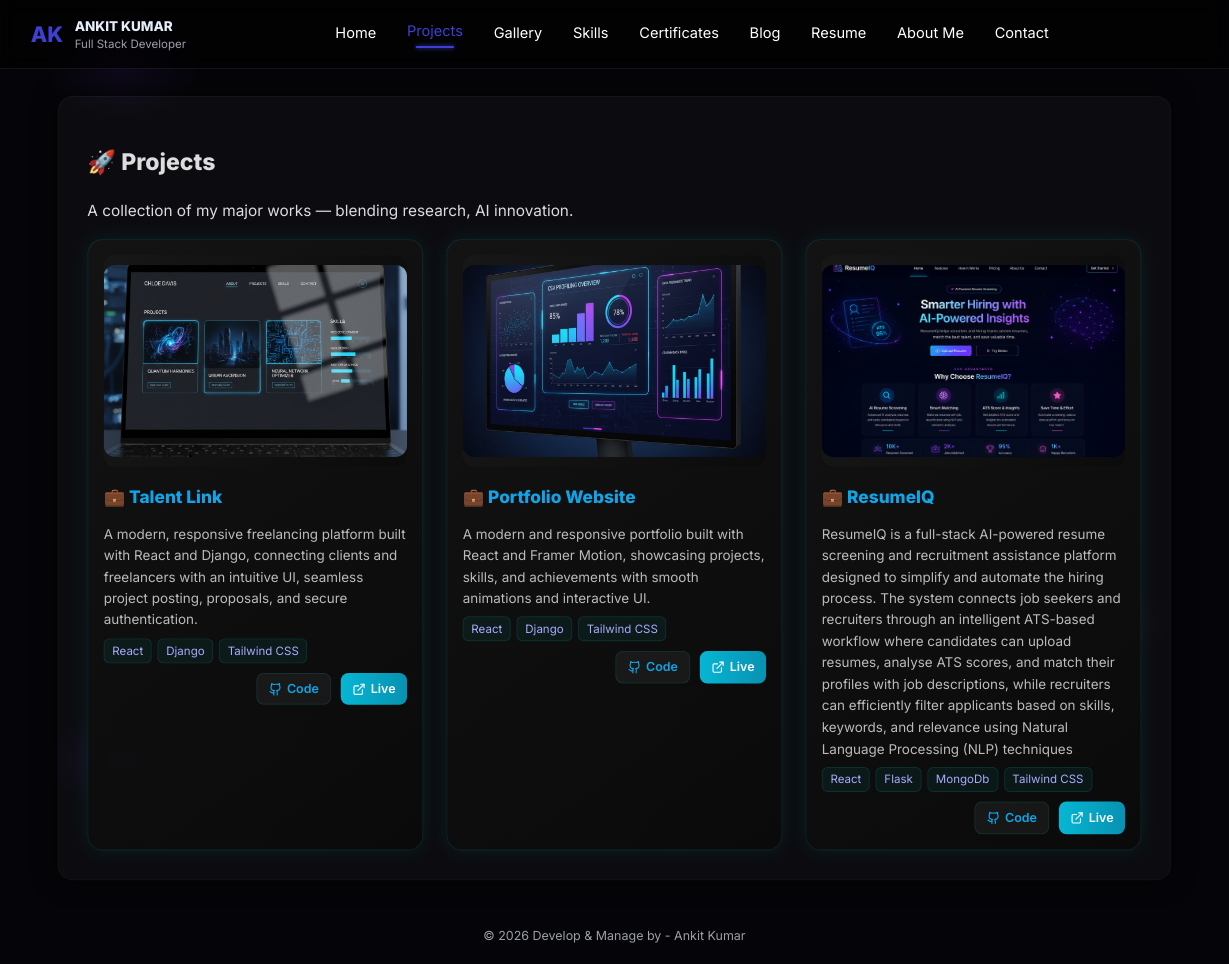
Repository: santoshkrsah/Ankit-Profile
Page: /projects
These files come from the project's save history. The page is drawn as it stood at one moment and after the next save; the edit follows.
The browser window is 1280 px wide. The pictures show the whole page, at 96% of full size.
The project was rebuilt for these pictures with package versions that can differ from the ones it lists, and the page was loaded fresh each time. Some packages were replaced by stand-ins written for this rebuild. Also part of the build but not shown: vite.config.mjs, src/CSS/Home.css, src/pages/Home.jsx, src/CSS/Gallery.css, src/pages/Gallery.jsx, src/pages/Certificates.jsx, src/pages/blog.css, src/pages/Blog.jsx and 6 more.

Above is the page before, as saved 2026-05-22 03:20:11.

After the next save:
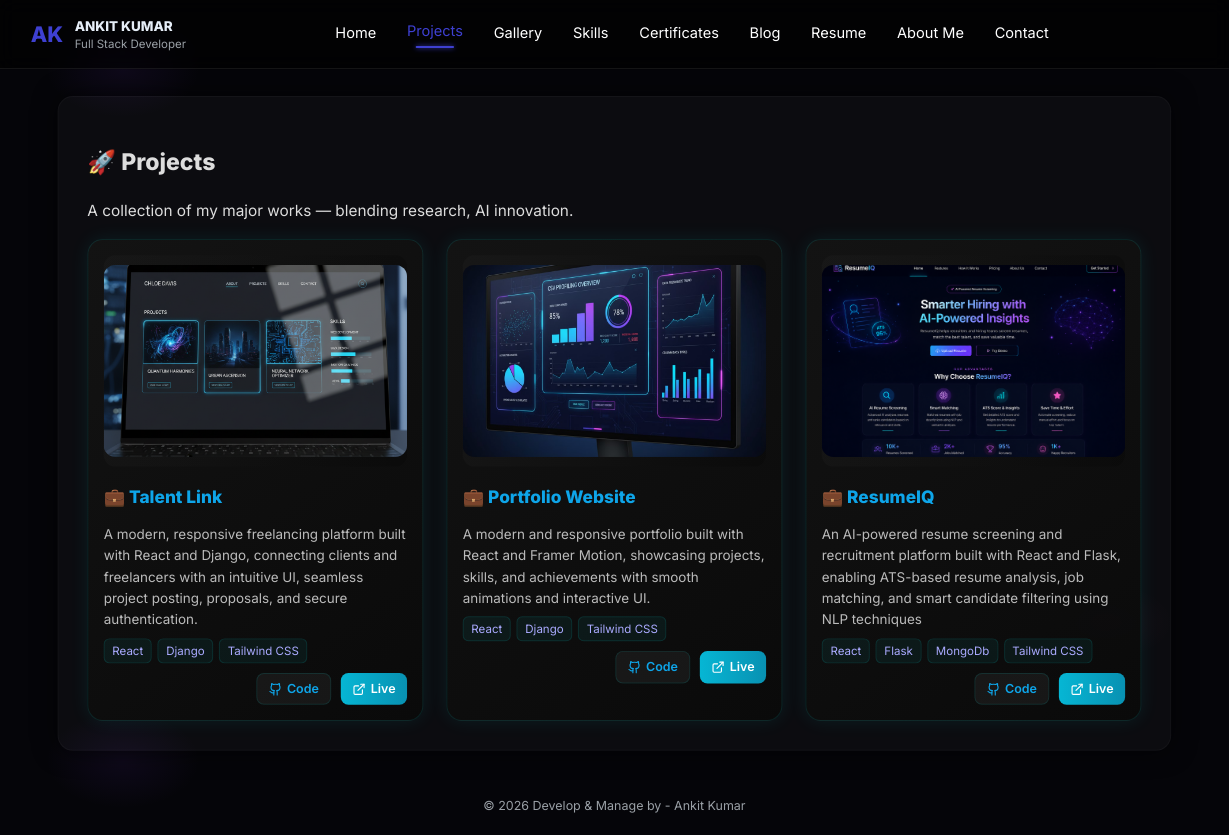
Saved 90 s later.
--- a/src/pages/Projects.jsx
+++ b/src/pages/Projects.jsx
@@ -20,7 +20,7 @@ const PROJECTS = [
   },
   {
   title: '💼 ResumeIQ',
-  desc: 'ResumeIQ is a full-stack AI-powered resume screening and recruitment assistance platform designed to simplify and automate the hiring process. The system connects job seekers and recruiters through an intelligent ATS-based workflow where candidates can upload resumes, analyse ATS scores, and match their profiles with job descriptions, while recruiters can efficiently filter applicants based on skills, keywords, and relevance using Natural Language Processing (NLP) techniques',
+  desc: 'An AI-powered resume screening and recruitment platform built with React and Flask, enabling ATS-based resume analysis, job matching, and smart candidate filtering using NLP techniques',
   ss: '/ResumeIQ.png',
   tech: ['React', 'Flask', 'MongoDb','Tailwind CSS'],
   live: 'https://resume-iq-tyyh.vercel.app/',
